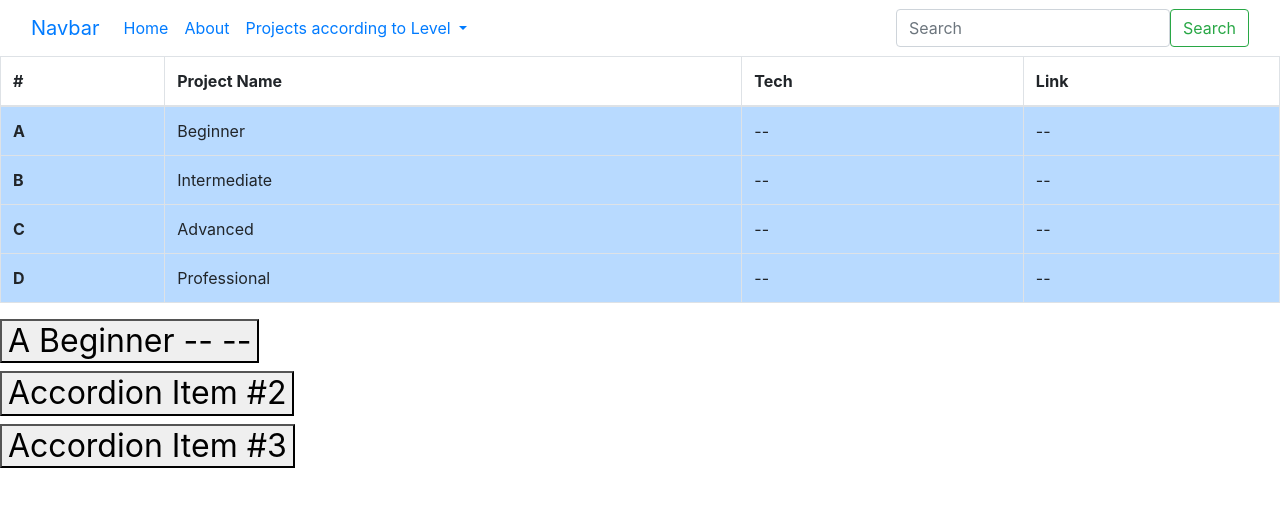
Repository: VictoriousMango/100-Python-Project
Page: index.html
These files come from the project's save history. The page is drawn as it stood at one moment and after the next save; the edit follows.
The browser window is 1280 px wide. The pictures show the whole page.
Some web libraries are served in a nearby version.

Above is the page before, as saved 2024-05-18 01:40:16.

### index.html
<!doctype html>
<html lang="en">
  <head>
    <!-- Required meta tags -->
    <meta charset="utf-8">
    <meta name="viewport" content="width=device-width, initial-scale=1, shrink-to-fit=no">

    <!-- Bootstrap CSS -->
    <link rel="stylesheet" href="https://cdn.jsdelivr.net/npm/bootstrap@4.0.0/dist/css/bootstrap.min.css" integrity="sha384-Gn5384xqQ1aoWXA+058RXPxPg6fy4IWvTNh0E263XmFcJlSAwiGgFAW/dAiS6JXm" crossorigin="anonymous">
    <!-- Bootstrap JS -->
    <script src="https://cdn.jsdelivr.net/npm/@popperjs/core@2.11.8/dist/umd/popper.min.js" integrity="sha384-I7E8VVD/ismYTF4hNIPjVp/Zjvgyol6VFvRkX/vR+Vc4jQkC+hVqc2pM8ODewa9r" crossorigin="anonymous"></script>
    <script src="https://cdn.jsdelivr.net/npm/bootstrap@5.3.3/dist/js/bootstrap.min.js" integrity="sha384-0pUGZvbkm6XF6gxjEnlmuGrJXVbNuzT9qBBavbLwCsOGabYfZo0T0to5eqruptLy" crossorigin="anonymous"></script>
    <title>100 Python Project</title>
  </head>
  <body>
    <nav class="navbar navbar-expand-lg bg-body-tertiary">
      <div class="container-fluid">
        <a class="navbar-brand" href="#">Navbar</a>
        <button class="navbar-toggler" type="button" data-bs-toggle="collapse" data-bs-target="#navbarSupportedContent" aria-controls="navbarSupportedContent" aria-expanded="false" aria-label="Toggle navigation">
          <span class="navbar-toggler-icon"></span>
        </button>
        <div class="collapse navbar-collapse" id="navbarSupportedContent">
          <ul class="navbar-nav me-auto mb-2 mb-lg-0">
            <li class="nav-item">
              <a class="nav-link active" aria-current="page" href="#">Home</a>
            </li>
            <li class="nav-item">
              <a class="nav-link" href="#">About</a>
            </li>
            <li class="nav-item dropdown">
              <a class="nav-link dropdown-toggle" href="#" role="button" data-bs-toggle="dropdown" aria-expanded="true ">
                Projects according to Level
              </a>
              <ul class="dropdown-menu">
                <li><a class="dropdown-item" href="#Beginner">Beginner</a></li>
                <li><a class="dropdown-item" href="#Intermediate">Intermediate</a></li>
                <li><a class="dropdown-item" href="#Advanced">Advanced</a></li>
                <li><a class="dropdown-item" href="#Professional">Professional</a></li>
              </ul>
            </li>
          </ul>
        </div>
          <form class="d-flex" role="search">
            <input class="form-control me-2" type="search" placeholder="Search" aria-label="Search">
            <button class="btn btn-outline-success" type="submit">Search</button>
          </form>
      </div>
    </nav>


    <!-- Tabular Entry Start -->
    <table class="table table-bordered table-striped">
      <thead>
        <tr>
          <th scope="col">#</th>
          <th scope="col">Project Name</th>
          <th scope="col">Tech</th>
          <th scope="col">Link</th>
        </tr>
      </thead>
      <tbody>
        <!-- Beginner Projects -->
        <div class="Beginner" id="Beginner">
          <tr class="table-primary">
            <th scope="row">A</th>
            <td>Beginner</td>
            <td> -- </td>
            <td> -- </td>
          </tr>
        </div>

        <!-- Intermediate Project Links -->
        <div class="Intermediate" id="Intermediate">
          <tr class="table-primary">
            <th scope="row">B</th>
            <td>Intermediate</td>
            <td> -- </td>
            <td> -- </td>
          </tr>
        </div>

        <!-- Advanced Project Links -->
        <div class="Advanced" id="Advanced">
          <tr class="table-primary">
            <th scope="row">C</th>
            <td>Advanced</td>
            <td> -- </td>
            <td> -- </td>
          </tr>
        </div>

        <!-- Professional Links -->
        <div class="Professional" id="Professional">
          <tr class="table-primary">
            <th scope="row">D</th>
            <td>Professional</td>
            <td> -- </td>
            <td> -- </td>
          </tr>
        </div>

      </tbody>
    </table>
    <!-- Tabular Entry End -->

    <div class="accordion accordion-flush" id="accordionFlushExample">
      <div class="accordion-item">
        <h2 class="accordion-header">
          <button class="accordion-button collapsed" type="button" data-bs-toggle="collapse" data-bs-target="#flush-collapseOne" aria-expanded="false" aria-controls="flush-collapseOne">
                    <!-- Beginner Projects -->
                    <div class="Beginner" id="Beginner">
                      <tr class="table-primary">
                        <th scope="row">A</th>
                        <td>Beginner</td>
                        <td> -- </td>
                        <td> -- </td>
                      </tr>
                    </div>
          </button>
        </h2>
        <div id="flush-collapseOne" class="accordion-collapse collapse" data-bs-parent="#accordionFlushExample">
          <div class="accordion-body">Placeholder content for this accordion, which is intended to demonstrate the <code>.accordion-flush</code> class. This is the first item's accordion body.</div>
        </div>
      </div>
      <div class="accordion-item">
        <h2 class="accordion-header">
          <button class="accordion-button collapsed" type="button" data-bs-toggle="collapse" data-bs-target="#flush-collapseTwo" aria-expanded="false" aria-controls="flush-collapseTwo">
            Accordion Item #2
          </button>
        </h2>
        <div id="flush-collapseTwo" class="accordion-collapse collapse" data-bs-parent="#accordionFlushExample">
          <div class="accordion-body">Placeholder content for this accordion, which is intended to demonstrate the <code>.accordion-flush</code> class. This is the second item's accordion body. Let's imagine this being filled with some actual content.</div>
        </div>
      </div>
      <div class="accordion-item">
        <h2 class="accordion-header">
          <button class="accordion-button collapsed" type="button" data-bs-toggle="collapse" data-bs-target="#flush-collapseThree" aria-expanded="false" aria-controls="flush-collapseThree">
            Accordion Item #3
          </button>
        </h2>
        <div id="flush-collapseThree" class="accordion-collapse collapse" data-bs-parent="#accordionFlushExample">
          <div class="accordion-body">Placeholder content for this accordion, which is intended to demonstrate the <code>.accordion-flush</code> class. This is the third item's accordion body. Nothing more exciting happening here in terms of content, but just filling up the space to make it look, at least at first glance, a bit more representative of how this would look in a real-world application.</div>
        </div>
      </div>
    </div>
    <!-- Optional JavaScript -->
    <!-- jQuery first, then Popper.js, then Bootstrap JS -->
    <script src="https://code.jquery.com/jquery-3.2.1.slim.min.js" integrity="sha384-KJ3o2DKtIkvYIK3UENzmM7KCkRr/rE9/Qpg6aAZGJwFDMVNA/GpGFF93hXpG5KkN" crossorigin="anonymous"></script>
    <script src="https://cdn.jsdelivr.net/npm/popper.js@1.12.9/dist/umd/popper.min.js" integrity="sha384-ApNbgh9B+Y1QKtv3Rn7W3mgPxhU9K/ScQsAP7hUibX39j7fakFPskvXusvfa0b4Q" crossorigin="anonymous"></script>
    <script src="https://cdn.jsdelivr.net/npm/bootstrap@4.0.0/dist/js/bootstrap.min.js" integrity="sha384-JZR6Spejh4U02d8jOt6vLEHfe/JQGiRRSQQxSfFWpi1MquVdAyjUar5+76PVCmYl" crossorigin="anonymous"></script>
  </body>
</html>

After the next save:
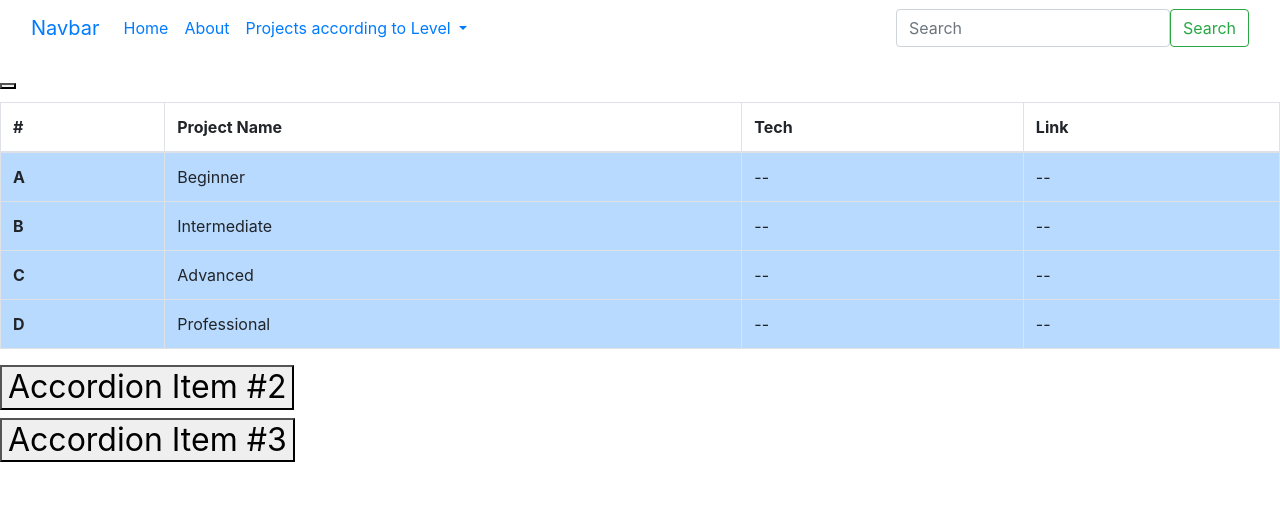
Saved 25 s later.
--- a/index.html
+++ b/index.html
@@ -59,15 +59,25 @@
         </tr>
       </thead>
       <tbody>
-        <!-- Beginner Projects -->
-        <div class="Beginner" id="Beginner">
-          <tr class="table-primary">
-            <th scope="row">A</th>
-            <td>Beginner</td>
-            <td> -- </td>
-            <td> -- </td>
-          </tr>
-        </div>
+        <div class="accordion accordion-flush" id="accordionFlushExample">
+          <div class="accordion-item">
+            <h2 class="accordion-header">
+              <button class="accordion-button collapsed" type="button" data-bs-toggle="collapse" data-bs-target="#flush-collapseOne" aria-expanded="false" aria-controls="flush-collapseOne">
+                        <!-- Beginner Projects -->
+                        <div class="Beginner" id="Beginner">
+                          <tr class="table-primary">
+                            <th scope="row">A</th>
+                            <td>Beginner</td>
+                            <td> -- </td>
+                            <td> -- </td>
+                          </tr>
+                        </div>
+              </button>
+            </h2>
+            <div id="flush-collapseOne" class="accordion-collapse collapse" data-bs-parent="#accordionFlushExample">
+              <div class="accordion-body">Placeholder content for this accordion, which is intended to demonstrate the <code>.accordion-flush</code> class. This is the first item's accordion body.</div>
+            </div>
+          </div>
 
         <!-- Intermediate Project Links -->
         <div class="Intermediate" id="Intermediate">
@@ -103,25 +113,7 @@
     </table>
     <!-- Tabular Entry End -->
 
-    <div class="accordion accordion-flush" id="accordionFlushExample">
-      <div class="accordion-item">
-        <h2 class="accordion-header">
-          <button class="accordion-button collapsed" type="button" data-bs-toggle="collapse" data-bs-target="#flush-collapseOne" aria-expanded="false" aria-controls="flush-collapseOne">
-                    <!-- Beginner Projects -->
-                    <div class="Beginner" id="Beginner">
-                      <tr class="table-primary">
-                        <th scope="row">A</th>
-                        <td>Beginner</td>
-                        <td> -- </td>
-                        <td> -- </td>
-                      </tr>
-                    </div>
-          </button>
-        </h2>
-        <div id="flush-collapseOne" class="accordion-collapse collapse" data-bs-parent="#accordionFlushExample">
-          <div class="accordion-body">Placeholder content for this accordion, which is intended to demonstrate the <code>.accordion-flush</code> class. This is the first item's accordion body.</div>
-        </div>
-      </div>
+
       <div class="accordion-item">
         <h2 class="accordion-header">
           <button class="accordion-button collapsed" type="button" data-bs-toggle="collapse" data-bs-target="#flush-collapseTwo" aria-expanded="false" aria-controls="flush-collapseTwo">
